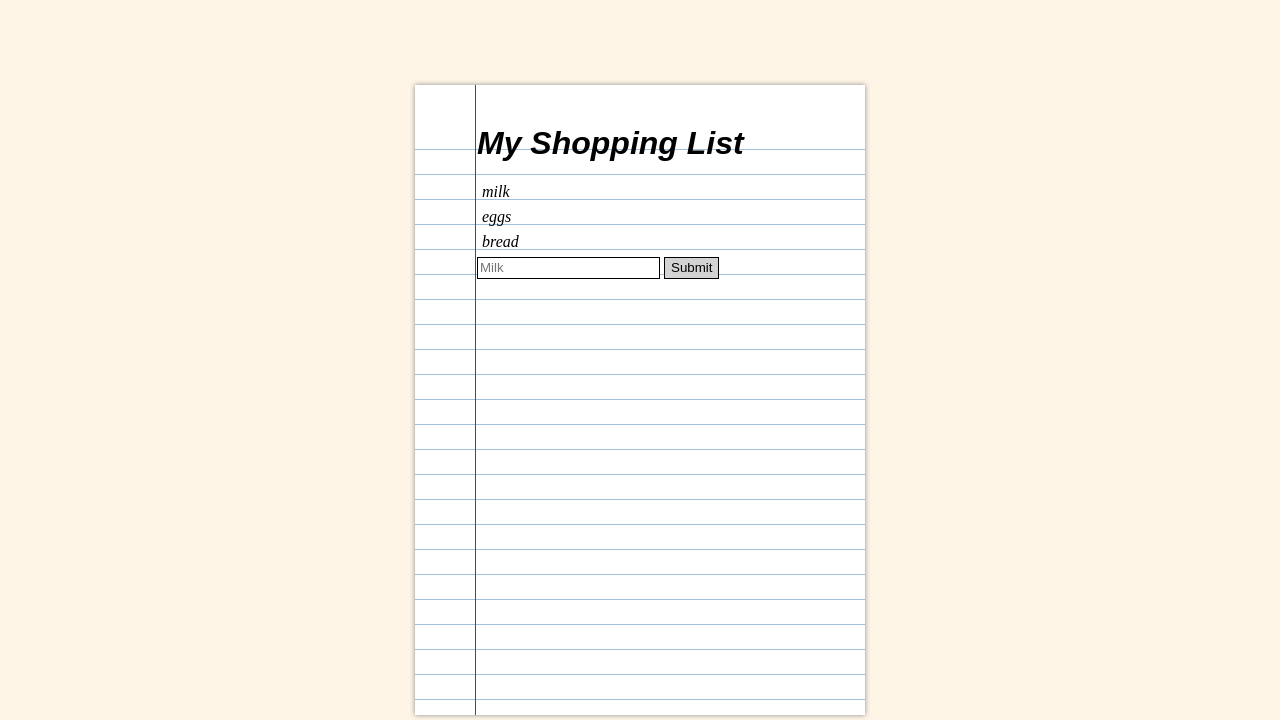
Repository: devashrisamani/js_projects-
Page: shopping-list-starter/index.html
An editor plug-in stored every save of this project. The page is shown before and after the next save, followed by the edit.
The browser window is 1280 px wide. The pictures show the whole page.

Above is the page before, as saved 2026-02-08 13:00:34.

### shopping-list-starter/index.html
<!doctype html>

<html lang="en">
  <head>
    <meta charset="utf-8" />
    <meta
      name="viewport"
      content="width=device-width, initial-scale=1, shrink-to-fit=no"
    />
    <title>Shopping List</title>
    <link rel="stylesheet" href="styles.css" />
  </head>

  <body>
    <div id="paper">
      <div id="content-area">
        <h1>My Shopping List</h1>
        <ul id="shopping-list-items"></ul>
        <div id="inputs">
          <div id="new-item-input">
            <input id="new-item-text" type="text" placeholder="Milk" />
            <input
              id="new-item-button"
              type="button"
              value="Submit"
              onclick="addItem()"
            />
          </div>
        </div>
      </div>
    </div>
    <script src="script.js"></script>
  </body>
</html>

### shopping-list-starter/styles.css
body {
    background-color: #fef5e7;
    font-family: serif;
    margin: 10px;
}

h1 {
    font-family: sans-serif;
}

#paper {
    position: absolute;
    height: 600px;
    width: 450px;
    margin: -275px -225px;
    left: 50%;
    top: 50%;
    background-color: #fff;
    color: #000;
    box-shadow: 0px 0px 5px 0px #888;
    padding-bottom: 30px;
}

#paper::before {
    content: "";
    position: absolute;
    height: 100%;
    left: 60px;
    width: 1px;
    background-color: red;
}

#content-area {
    margin-top: 40px;
    width: 100%;
    height: 580px;
    background-image: repeating-linear-gradient(
        white 0px,
        white 24px,
        steelblue 25px
    );
}

h1 {
    margin-bottom: 17px;
}

h1,
ul {
    margin-left: 62px;
    font-style: italic;
}

ul {
    padding-left: 0;
    line-height: 25px;
    margin-bottom: 0;
}

li {
    list-style: none;
    padding-left: 5px;
}

#inputs {
    margin: 0px 0 0 62px;
    line-height: 25px;
}

input {
    border: 1px solid #000;
}

input[type="text"] {
    height: 18px;
}

input[type="button"] {
    height: 22px;
    background-color: lightgray;
}

input[type="button"]:hover {
    box-shadow: 0px 0px 3px grey;
}

### shopping-list-starter/script.js
let shoppingListItems = ["milk", "eggs", "bread"];

// Here we grab the ul from the HTML
let listElement = document.getElementById("shopping-list-items");

for (const shoppingItem of shoppingListItems) {
  console.log(shoppingItem);
  // We create a list element
  let itemElement = document.createElement("li");

  // Add the inner text to the list element
  itemElement.innerText = shoppingItem;

  // Add the list element to the ul
  listElement.appendChild(itemElement);
}

const addItem = () => {
  let item = document.getElementById("new-item-text").value;
  shoppingListItems = [...shoppingListItems, item];
  updateItems();
};

const updateItems = () => {
  // First we get the list element
  let listElement = document.getElementById("shopping-list-items");
  // Then we clear it of any existing items
  listElement.innerHTML = "";

  // Then we loop through the shopping list items and add them to the list
  for (const shoppingItem of shoppingListItems) {
    let itemElement = document.createElement("li");
    itemElement.innerText = shoppingItem;
    listElement.appendChild(itemElement);
  }
};

After the next save:
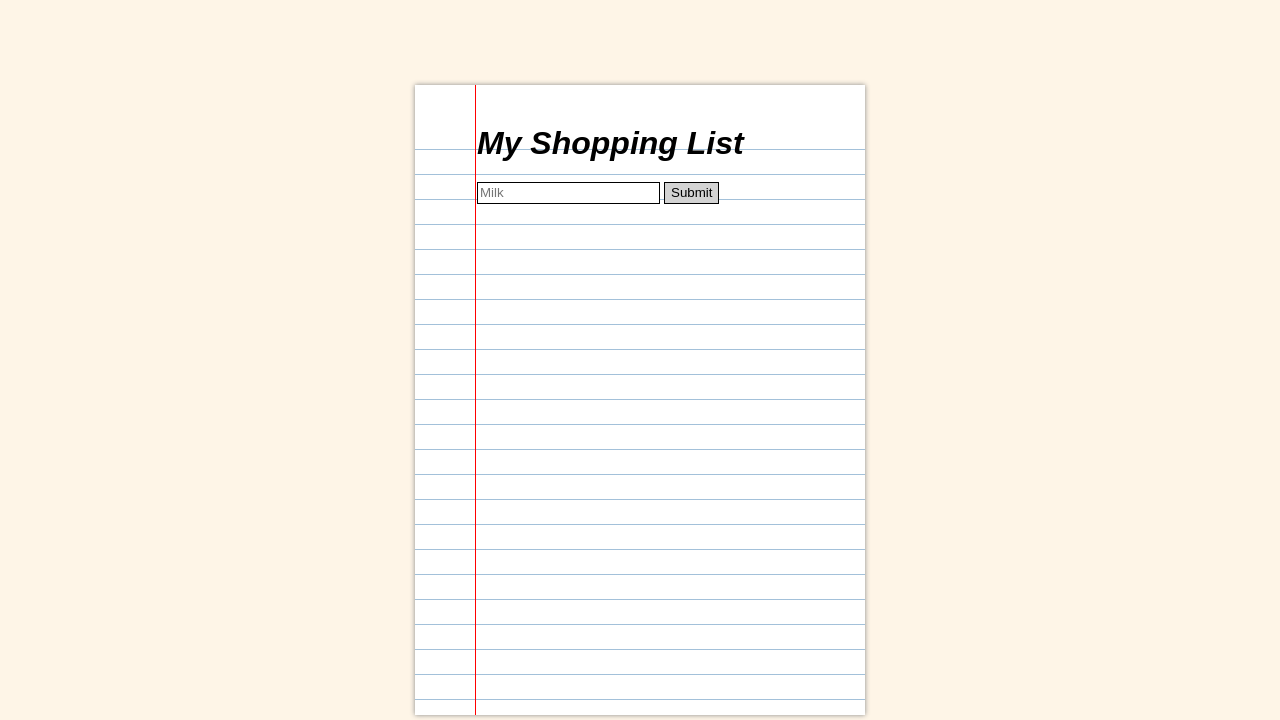
Console error: ReferenceError: Cannot access 'updateItems' before initialization
Saved 13 min 42 s later.
--- a/shopping-list-starter/script.js
+++ b/shopping-list-starter/script.js
@@ -1,19 +1,6 @@
 let shoppingListItems = ["milk", "eggs", "bread"];
 
-// Here we grab the ul from the HTML
-let listElement = document.getElementById("shopping-list-items");
-
-for (const shoppingItem of shoppingListItems) {
-  console.log(shoppingItem);
-  // We create a list element
-  let itemElement = document.createElement("li");
-
-  // Add the inner text to the list element
-  itemElement.innerText = shoppingItem;
-
-  // Add the list element to the ul
-  listElement.appendChild(itemElement);
-}
+updateItems();
 
 const addItem = () => {
   let item = document.getElementById("new-item-text").value;
